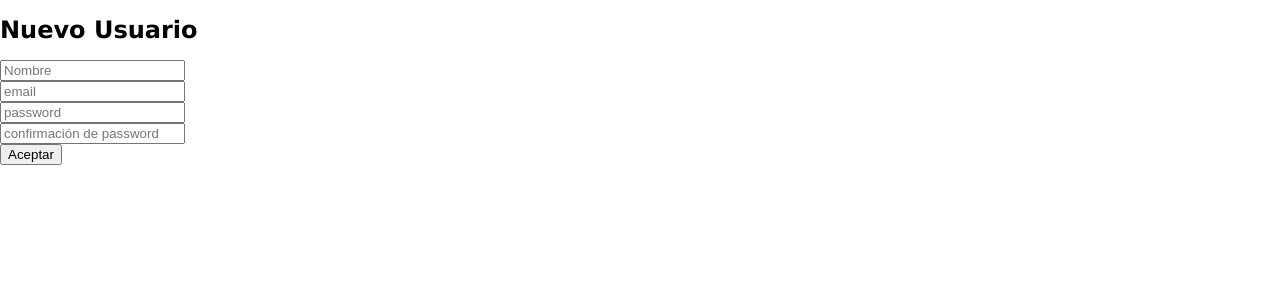
Repository: anagut/java-web
Page: http://localhost/HelloLogin/nuevousuario
These files come from the project's save history. The page is drawn as it stood at one moment and after the next save; the edit follows.
The browser window is 1280 px wide. The pictures show the whole page.
The page is served by Tomcat 9.

Above is the page before, as saved 2018-11-15 13:38:56.

After the next save:
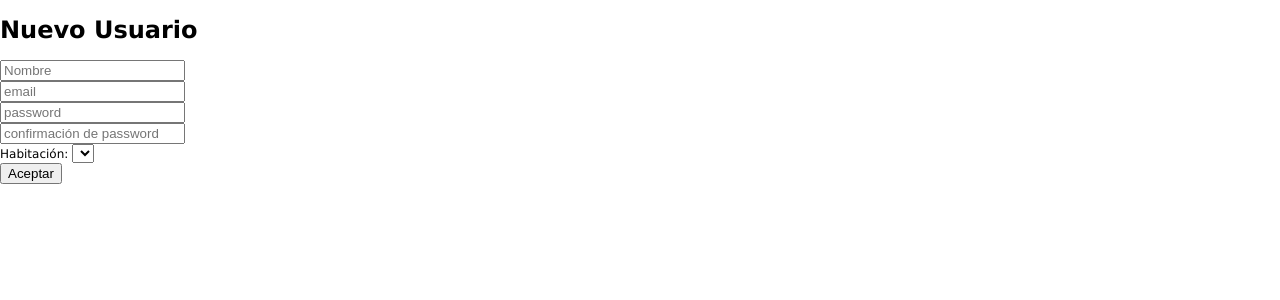
Saved 84 s later.
--- a/HelloLogin/WebContent/nuevousuario.jsp
+++ b/HelloLogin/WebContent/nuevousuario.jsp
@@ -24,6 +24,13 @@
 	<div>
 	<input type="password" placeholder="confirmación de password" name="passwordconf" id="passwordconf" required/>
 	</div>
+		<div>
+		<label for="habitacion">Habitación:</label>
+		<select name="habitacion" id="habitacion">
+<!-- 		Aquí irán las habitaciones -->
+
+		</select>
+	</div>
 
 	<div><button>Aceptar</button></div>
 	</form>
